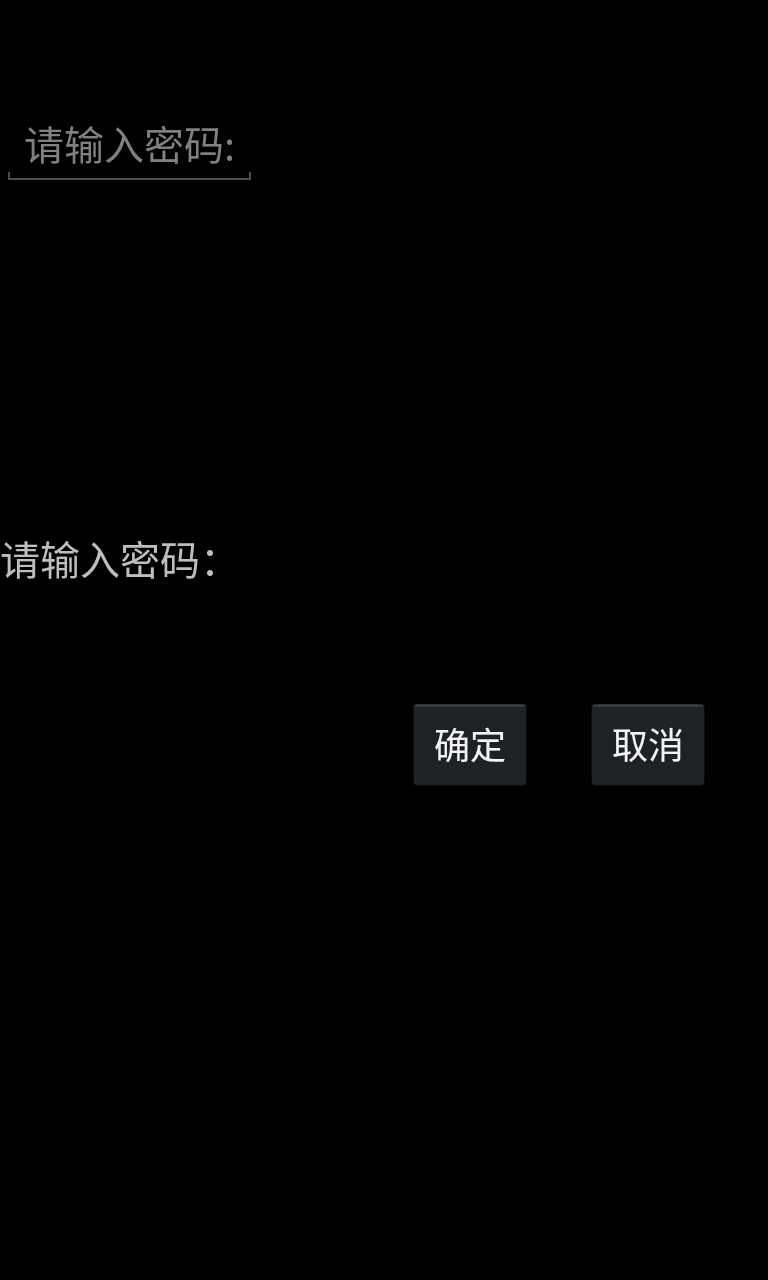
Repository: GuangmingChan/DevelopAndroidApp
Layout: demoRelativeLayout3/res/layout/main.xml
An editor plug-in stored every save of this project. The layout is shown before and after a run of saves, followed by the edit.
It is drawn on a 768 x 1280 px phone screen (xhdpi) without system bars, with theme android:Theme.Holo; the app's code is not run.

Above is the layout before, as saved 2017-03-28 13:15:32.

After the next 2 saves:
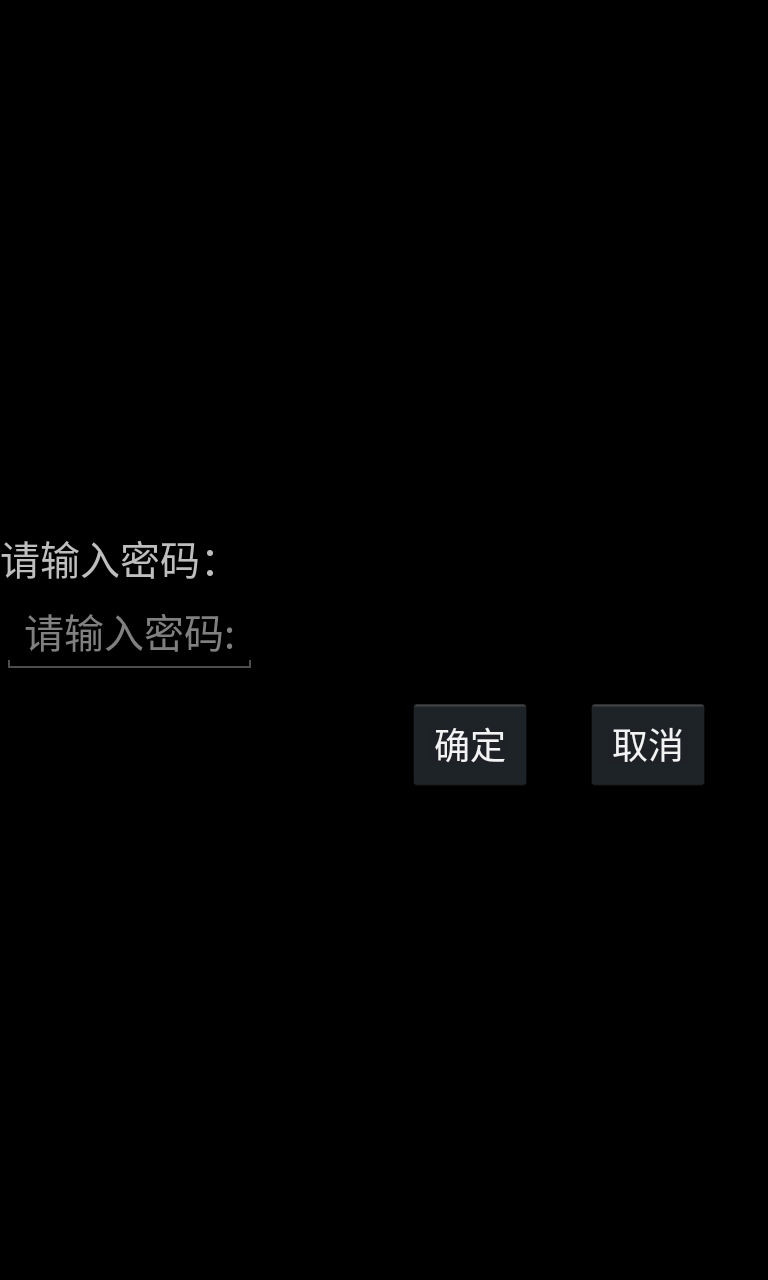
The 2 saves are shown as one change because they came seconds apart.
The last was saved 13 s later.
--- a/demoRelativeLayout3/res/layout/main.xml
+++ b/demoRelativeLayout3/res/layout/main.xml
@@ -2,8 +2,7 @@
 <RelativeLayout xmlns:android="http://schemas.android.com/apk/res/android"
     android:layout_width="fill_parent"
     android:layout_height="fill_parent"
-    android:ignoreGravity="@id/textView1"
-    android:ignoreGravity="@id/etPassword"
+    android:ignoreGravity="@id/textView1,etPassword"
     android:gravity="center" >
 
 
